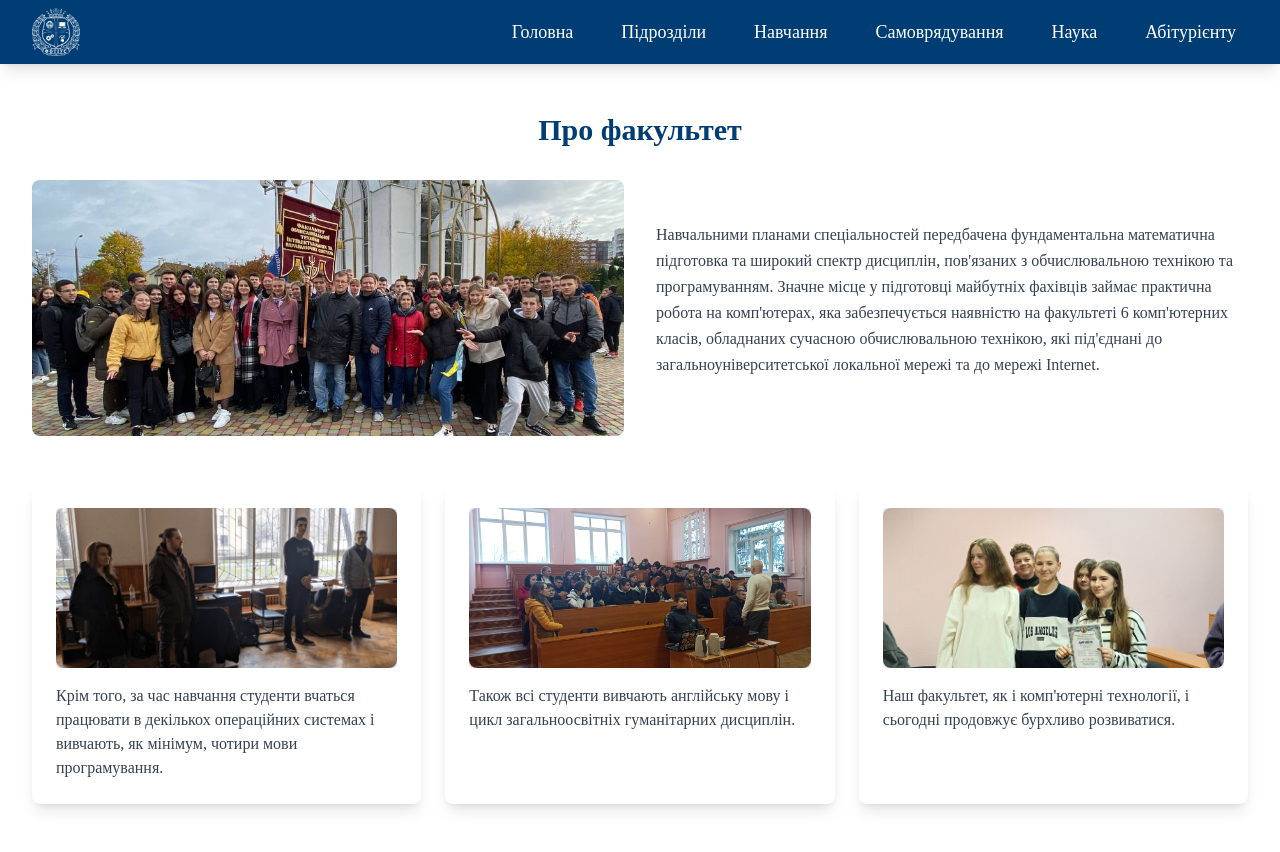
Repository: k-jdev/FOTIUS
Page: /
An editor plug-in stored every save of this project. The page is shown before and after a run of saves, followed by the edit.
The browser window is 1280 px wide. The pictures show the whole page.
The project was rebuilt for these pictures with package versions that can differ from the ones it lists, and the page was loaded fresh each time. Also part of the build but not shown: vite.config.js.

Above is the page before, as saved 2025-04-04 15:16:15.

### src/App.jsx
import { useState } from "react";
import NavBar from "./components/NavBar";
import FacultyInfo from "./components/FacultyInfo";

function App() {
  return (
    <>
      <NavBar />
      <FacultyInfo />
    </>
  );
}

export default App;

### src/index.css
@import "tailwindcss";
@import url("family=Roboto+Mono:ital,wght@0,100..700;1,100..700&display=swap");

html {
  font-family: "Roboto+Mono";
  font-weight: 500;
}

### src/components/NavBar.jsx
import React from "react";
import { useState } from "react";
import NavItem from "./NavItem";

import { Menu, X } from "lucide-react";
import { Link } from "react-router-dom";

import logo from "../images/white_logo_fot.png";

function NavBar() {
  const [isOpen, setIsOpen] = useState(false);
  return (
    <nav className="bg-[#003D74] text-white shadow-lg">
      <div className="max-w-7xl mx-auto px-4 sm:px-6 lg:px-8">
        <div className="flex justify-between h-16 items-center">
          <Link to={"/"} className="">
            <img className="w-12" src={logo} alt="" />
          </Link>
          <div className="hidden md:flex space-x-6">
            <NavItem to="#" label="Головна" />
            <NavItem to="#" label="Підрозділи" />
            <NavItem to="#" label="Навчання" />
            <NavItem to="#" label="Самоврядування" />
            <NavItem to="#" label="Наука" />
            <NavItem to="#" label="Абітурієнту" />
          </div>
        </div>
      </div>
    </nav>
  );
}

export default NavBar;

### src/components/FacultyInfo.jsx
import React, { useState, useEffect } from "react";
import main_img from "../images/main_img.jpg";
import comp_class from "../images/comp_class.jpg";
import educate_process from "../images/educate_proccess.jpg";
import facult_development from "../images/fakult_education.jpg";

function FacultyInfo() {
  const [isVisible, setIsVisible] = useState(false);

  useEffect(() => {
    const timer = setTimeout(() => {
      setIsVisible(true);
    }, 300);

    return () => clearTimeout(timer);
  }, []);

  return (
    <section className="max-w-7xl mx-auto py-12 px-4 sm:px-6 lg:px-8">
      <div
        className={`transition-all duration-1000 ease-in-out ${
          isVisible ? "opacity-100 translate-y-0" : "opacity-0 translate-y-8"
        }`}
      >
        <h2 className="text-3xl font-bold text-[#003D74] mb-8 text-center">
          Про факультет
        </h2>

        <div className="grid grid-cols-1 md:grid-cols-2 gap-8 items-center">
          <div
            className={`transition-all duration-1000 delay-300 ease-in-out ${
              isVisible
                ? "opacity-100 translate-x-0"
                : "opacity-0 -translate-x-8"
            }`}
          >
            <div className="bg-gray-200 rounded-lg h-64 flex items-center justify-center">
              <img
                src={main_img}
                alt="Факультет"
                className="w-full h-full object-cover rounded-lg"
              />
            </div>
          </div>

          <div
            className={`transition-all duration-1000 delay-500 ease-in-out ${
              isVisible
                ? "opacity-100 translate-x-0"
                : "opacity-0 translate-x-8"
            }`}
          >
            <p className="text-gray-700 mb-4 leading-relaxed">
              Навчальними планами cпеціальностей передбачена фундаментальна
              математична підготовка та широкий спектр дисциплін, пов'язаних з
              обчислювальною технікою та програмуванням. Значне місце у
              підготовці майбутніх фахівців займає практична робота на
              комп'ютерах, яка забезпечується наявністю на факультеті 6
              комп'ютерних класів, обладнаних сучасною обчислювальною технікою,
              які під'єднані до загальноуніверситетської локальної мережі та до
              мережі Internet.
            </p>
          </div>
        </div>

        <div
          className={`mt-12 grid grid-cols-1 md:grid-cols-3 gap-6 transition-all duration-1000 delay-700 ease-in-out ${
            isVisible ? "opacity-100 translate-y-0" : "opacity-0 translate-y-8"
          }`}
        >
          <div className="bg-white rounded-lg shadow-lg p-6 hover:shadow-xl transition-shadow">
            <div className="bg-gray-200 rounded h-40 mb-4 flex items-center justify-center">
              <img
                src={comp_class}
                alt="Комп'ютерні класи"
                className="w-full h-full object-cover rounded-lg"
              />
            </div>
            <p className="text-gray-700">
              Крім того, за час навчання студенти вчаться працювати в декількох
              операційних системах і вивчають, як мінімум, чотири мови
              програмування.
            </p>
          </div>

          <div className="bg-white rounded-lg shadow-lg p-6 hover:shadow-xl transition-shadow">
            <div className="bg-gray-200 rounded h-40 mb-4 flex items-center justify-center">
              <img
                src={educate_process}
                alt="Навчальний процес"
                className="w-full h-full object-cover rounded-lg"
              />
            </div>
            <p className="text-gray-700">
              Також всі студенти вивчають англійську мову і цикл
              загальноосвітніх гуманітарних дисциплін.
            </p>
          </div>

          <div className="bg-white rounded-lg shadow-lg p-6 hover:shadow-xl transition-shadow">
            <div className="bg-gray-200 rounded h-40 mb-4 flex items-center justify-center">
              <img
                src={facult_development}
                alt="Розвиток факультету"
                className="w-full h-full object-cover rounded-lg"
              />
            </div>
            <p className="text-gray-700">
              Наш факультет, як і комп'ютерні технології, і сьогодні продовжує
              бурхливо розвиватися.
            </p>
          </div>
        </div>
      </div>
    </section>
  );
}

export default FacultyInfo;

### src/components/NavItem.jsx
import React from "react";
import { Link } from "react-router-dom";

function NavItem({ to, label, isMobile, setIsOpen }) {
  return (
    <Link
      to={to}
      className="block px-3 py-2 rounded-md text-lg hover:bg-yellow-400 hover:text-blue-900 transition duration-200"
      onClick={() => isMobile && setIsOpen(false)}
    >
      {label}
    </Link>
  );
}
export default NavItem;

Loaded but not shown: index.html (common file); src/main.jsx (common file)

After the next 2 saves:
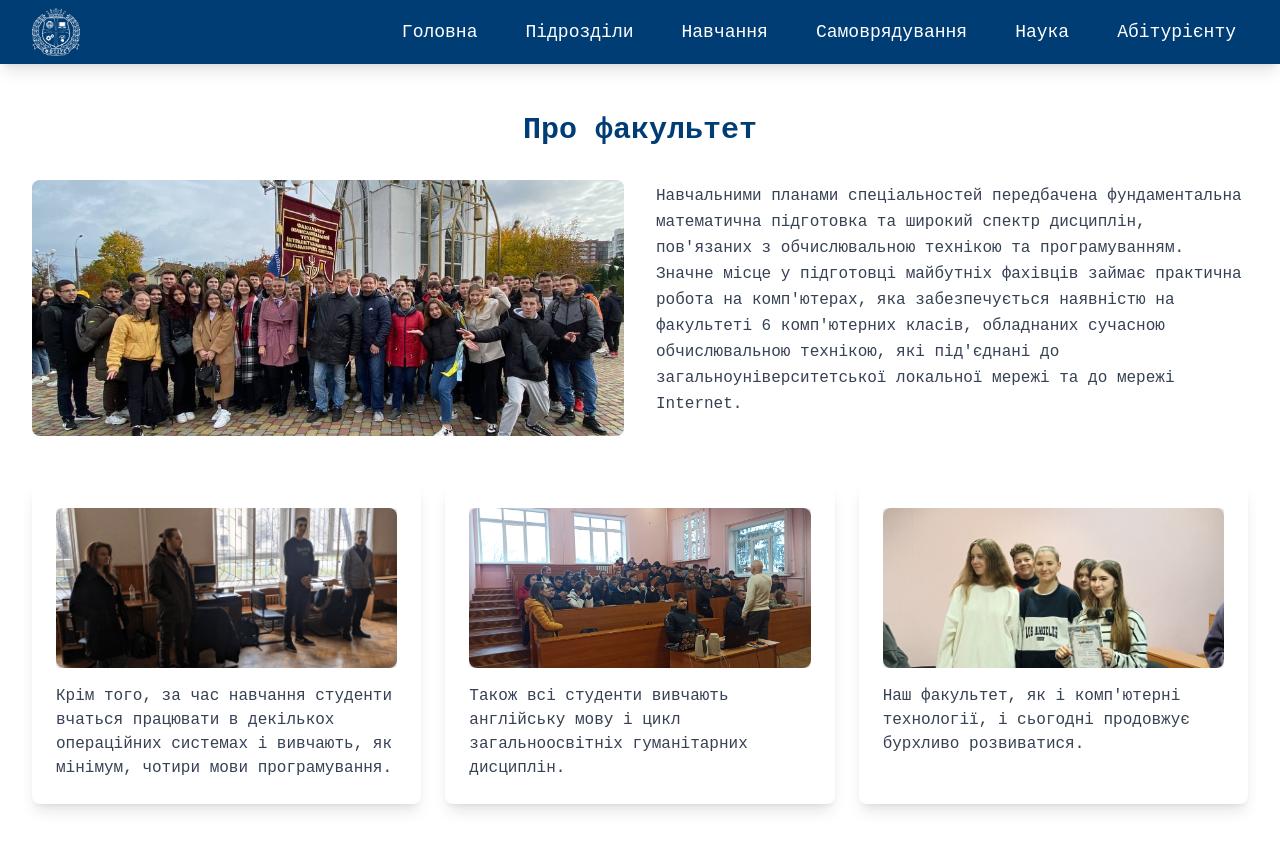
The 2 saves are shown as one change because they came seconds apart.
The last was saved 57 s later.
--- a/src/index.css
+++ b/src/index.css
@@ -1,7 +1,7 @@
 @import "tailwindcss";
-@import url("family=Roboto+Mono:ital,wght@0,100..700;1,100..700&display=swap");
+@import url("https://fonts.googleapis.com/css2?family=Roboto+Mono:ital,wght@0,100..700;1,100..700&display=swap");
 
 html {
-  font-family: "Roboto+Mono";
+  font-family: "Roboto Mono", monospace;
   font-weight: 500;
 }
